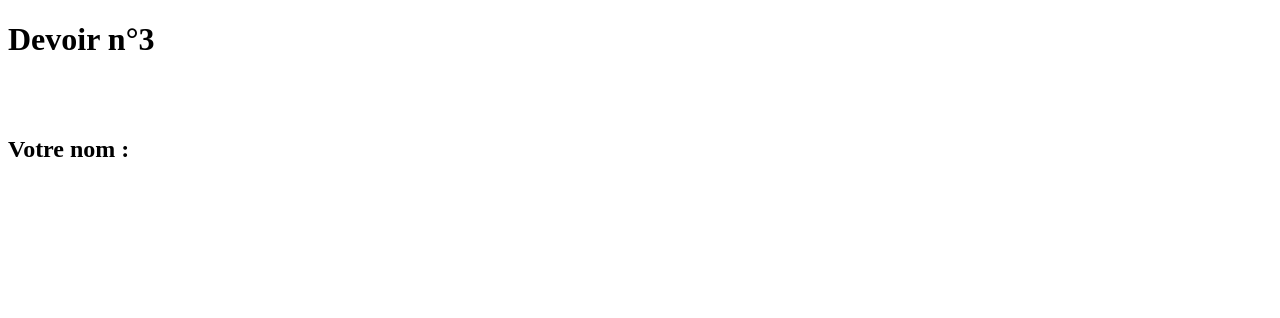
Repository: Chebani/Devoir-n3
Page: http://localhost/database/application/views/Main_view.php
The author's editor kept a copy of each file at every save. The page is drawn from the files as they stood at one save, then again after the next save.
The browser window is 1280 px wide. The pictures show the whole page.
The page is run by PHP 8.4 with error messages shown; the project is at /var/www/html/. application/core/MY_Config.php is not in the repository; a stand-in opens the database connection.

Above is the page before, as saved 2018-11-08 14:09:55.
Console error: SyntaxError: Unexpected token '<'

After the next save:
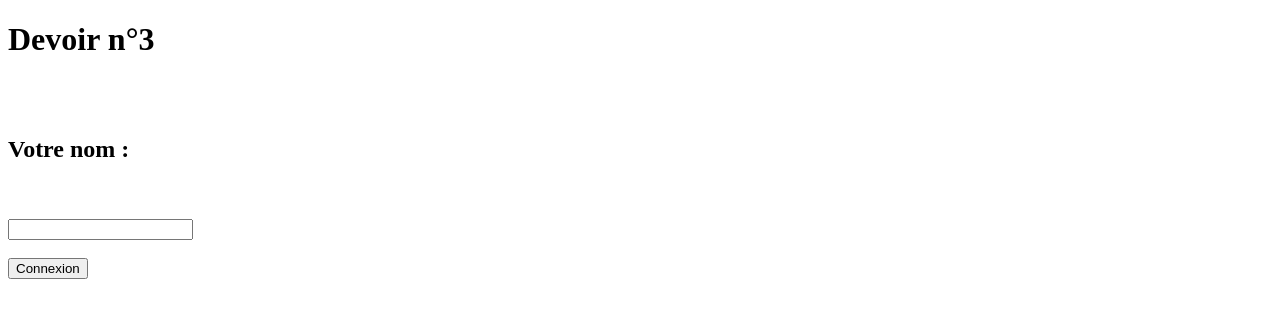
Saved 46 s later.
--- a/application/views/Main_view.php
+++ b/application/views/Main_view.php
@@ -25,7 +25,9 @@
     <div class="container-fluid">
         <div class="container">
             <h1>Devoir n°3</h1><br><br>
-            <h2>Votre nom :</h2>
+            <h2>Votre nom :</h2><br><br>
+            <input type="text"><br><br>
+            <input type="button" value="Connexion">
         </div>
     </div>
 
